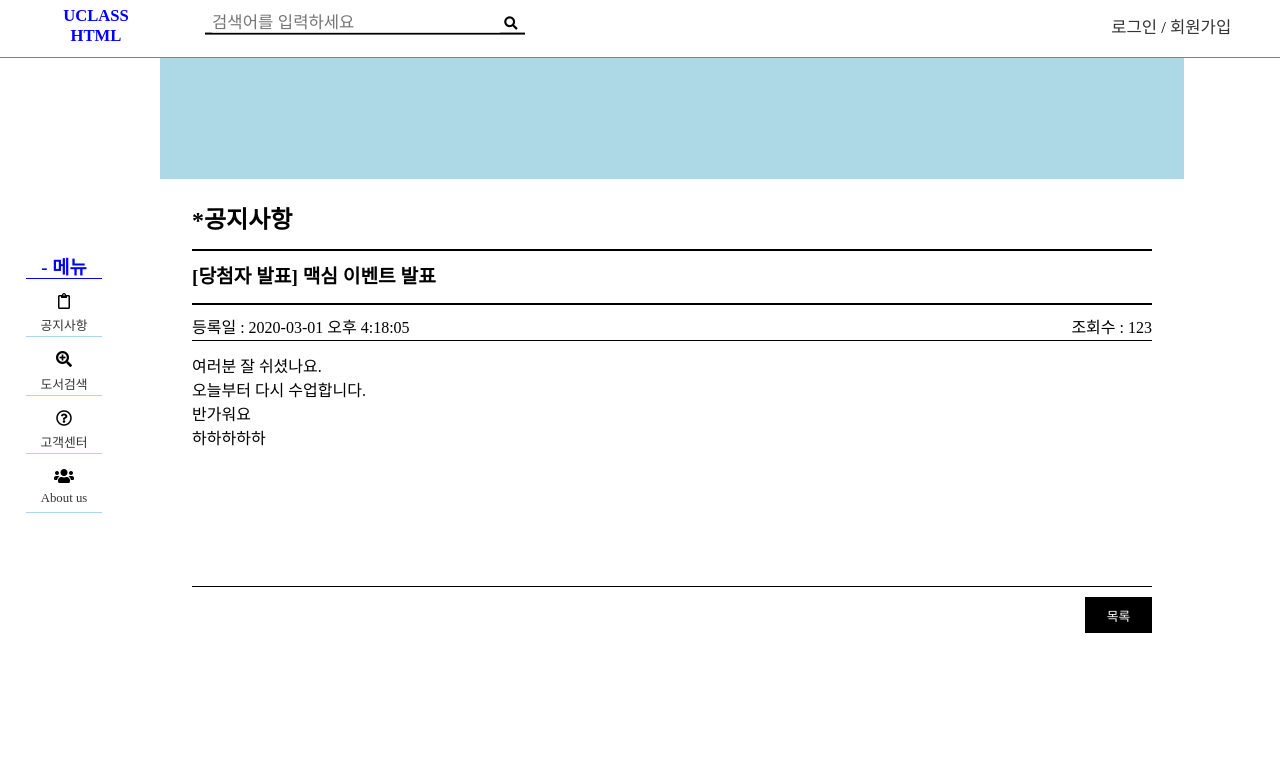
Repository: madhandz5/MyJavaPractice
Page: http://localhost/servletBM/WEB-INF/views/board/boardView.jsp
An editor plug-in stored every save of this project. The page is shown before and after a run of saves, followed by the edit.
The browser window is 1280 px wide. The pictures show the whole page.
The page is served by Tomcat 9. Nobody is signed in. The template is opened directly, without the code that normally fills it, so the values that code supplies are empty.

Above is the page before, as saved 2020-04-22 12:45:54.

After the next 2 saves:
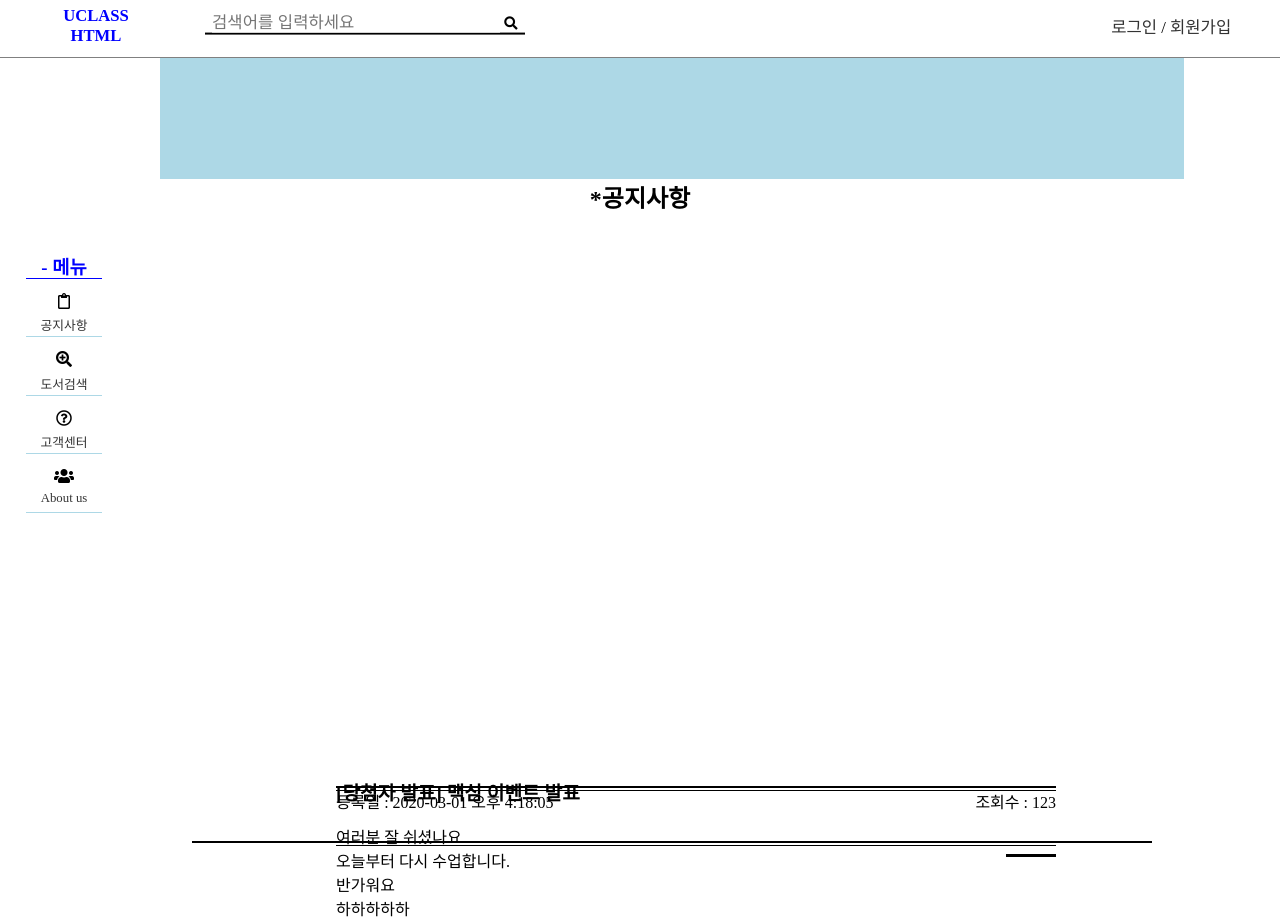
The 2 saves are shown as one change because they came seconds apart.
The last was saved 9 s later.
--- a/JS_HTML/servletBM/WebContent/WEB-INF/views/board/boardView.jsp
+++ b/JS_HTML/servletBM/WebContent/WEB-INF/views/board/boardView.jsp
@@ -20,12 +20,12 @@
 		<div class="Menu">
 			<div class="MenuBox"></div>
 		</div>
-		<div class="notice">
-			<h2>
-				<span>*공지사항</span>
-			</h2>
-		</div>
 
+		<h2>
+			<span>*공지사항</span>
+		</h2>
+	</div>
+	<div class="notice">
 		<div class="notice-detail">
 			<div class="notice-title">
 				<h4 class="reset">[당첨자 발표] 맥심 이벤트 발표</h4>
